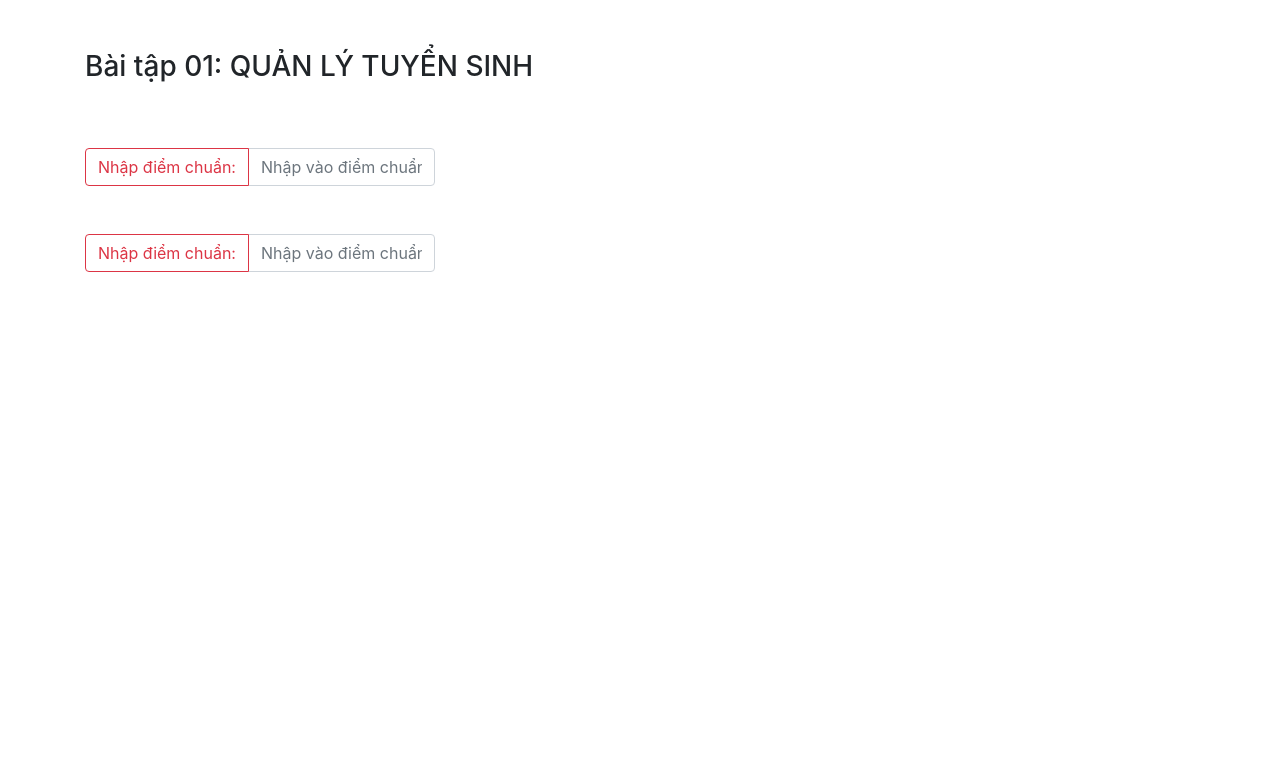
Repository: ducdatit2002/javascript-tinh-day15
Page: index.html
An editor plug-in stored every save of this project. The page is shown before and after the next save, followed by the edit.
The browser window is 1280 px wide. The pictures show the whole page.

Above is the page before, as saved 2023-08-20 12:30:42.

### index.html
<!DOCTYPE html>
<html lang="en">
  <head>
    <title>HOMEWORK BUỔI 15 - JAVASCRIPT</title>
    <!-- Required meta tags -->
    <meta charset="utf-8" />
    <meta
      name="viewport"
      content="width=device-width, initial-scale=1, shrink-to-fit=no"
    />

    <!-- Bootstrap CSS -->
    <link
      rel="stylesheet"
      href="https://stackpath.bootstrapcdn.com/bootstrap/4.3.1/css/bootstrap.min.css"
      integrity="sha384-ggOyR0iXCbMQv3Xipma34MD+dH/1fQ784/j6cY/iJTQUOhcWr7x9JvoRxT2MZw1T"
      crossorigin="anonymous"
    />
  </head>
  <body>
    <div class="container" style="margin-bottom: 500px; margin-top: 50px">
      <div class="baiTap1">
        <h3>Bài tập 01: QUẢN LÝ TUYỂN SINH</h3>
        <div class="row mt-3">
          <div class="col-4">
            <div class="input-group mt-5">
              <div class="input-group-prepend">
                <button class="btn btn-outline-danger">Nhập điểm chuẩn:</button>
              </div>
              <input
                type="text"
                class="form-control"
                id="diemChuan"
                placeholder="Nhập vào điểm chuẩn"
              />
            </div>
            <div class="input-group mt-5">
              <div class="input-group-prepend">
                <button class="btn btn-outline-danger">Nhập điểm chuẩn:</button>
              </div>
              <input
                type="text"
                class="form-control"
                id="diemChuan"
                placeholder="Nhập vào điểm chuẩn"
              />
            </div>
          </div>
        </div>
      </div>
    </div>
    <!-- Optional JavaScript -->
    <!-- jQuery first, then Popper.js, then Bootstrap JS -->
    <script
      src="https://code.jquery.com/jquery-3.3.1.slim.min.js"
      integrity="sha384-q8i/X+965DzO0rT7abK41JStQIAqVgRVzpbzo5smXKp4YfRvH+8abtTE1Pi6jizo"
      crossorigin="anonymous"
    ></script>
    <script
      src="https://cdnjs.cloudflare.com/ajax/libs/popper.js/1.14.7/umd/popper.min.js"
      integrity="sha384-UO2eT0CpHqdSJQ6hJty5KVphtPhzWj9WO1clHTMGa3JDZwrnQq4sF86dIHNDz0W1"
      crossorigin="anonymous"
    ></script>
    <script
      src="https://stackpath.bootstrapcdn.com/bootstrap/4.3.1/js/bootstrap.min.js"
      integrity="sha384-JjSmVgyd0p3pXB1rRibZUAYoIIy6OrQ6VrjIEaFf/nJGzIxFDsf4x0xIM+B07jRM"
      crossorigin="anonymous"
    ></script>
    <script src="./index.js"></script>
  </body>
</html>

Loaded but not shown: index.js (no copy from this time; the picture is the same without it)

After the next save:
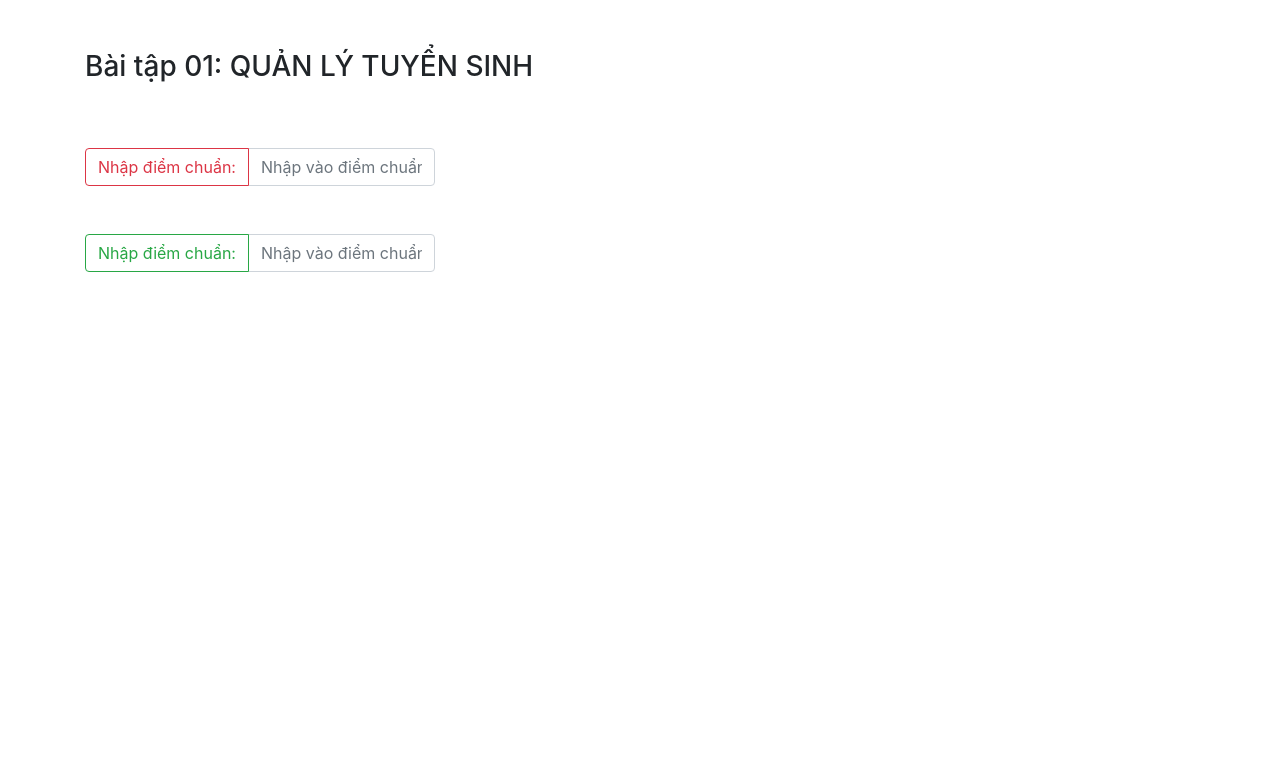
Saved 12 s later.
--- a/index.html
+++ b/index.html
@@ -36,7 +36,7 @@
             </div>
             <div class="input-group mt-5">
               <div class="input-group-prepend">
-                <button class="btn btn-outline-danger">Nhập điểm chuẩn:</button>
+                <button class="btn btn-outline-success">Nhập điểm chuẩn:</button>
               </div>
               <input
                 type="text"
